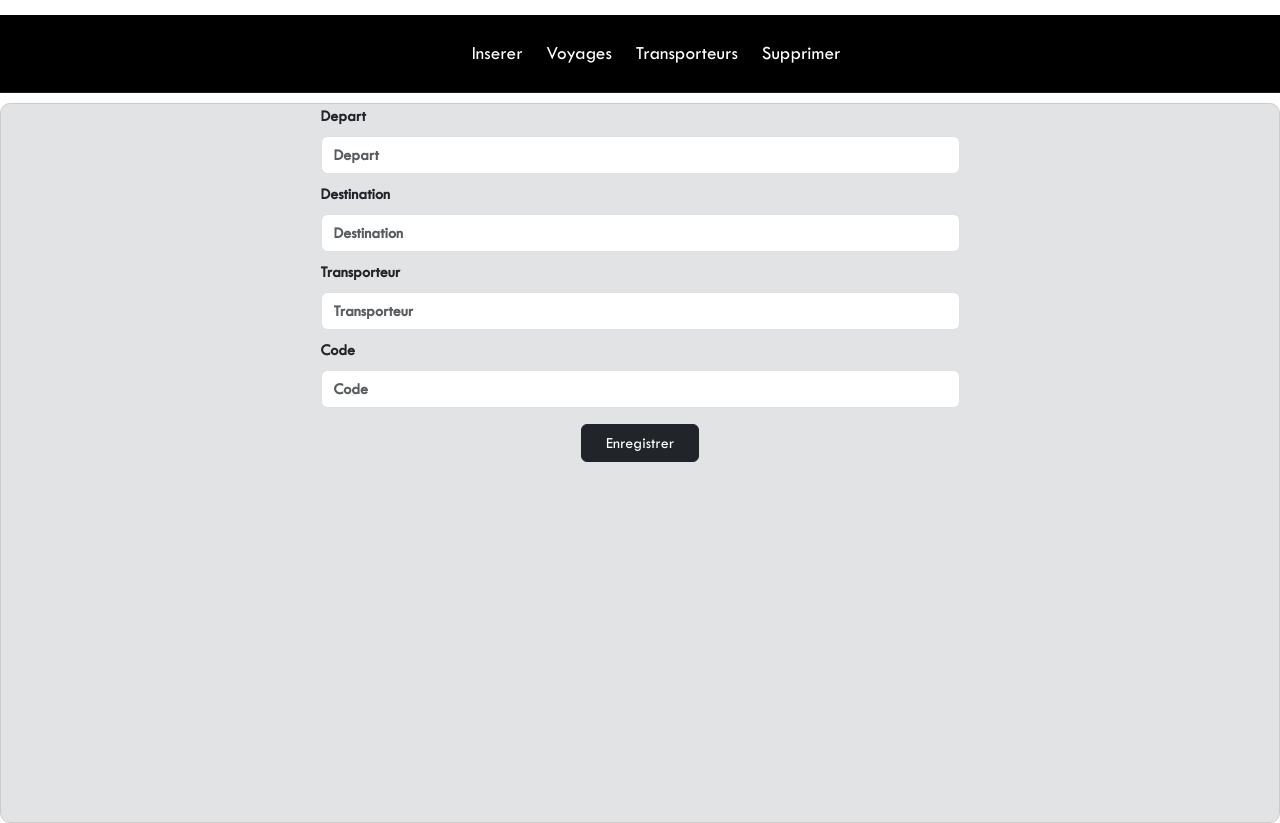
Repository: padevft/examen1-php
Page: http://localhost/
The author's editor kept a copy of each file at every save. The page is drawn from the files as they stood at one save, then again after a run of saves.
The browser window is 1280 px wide. The pictures show the whole page.
The page is run by PHP 8.4 with error messages shown; the project is at /var/www/html/.

Above is the page before, as saved 2023-10-10 22:26:20.

After the next 2 saves:
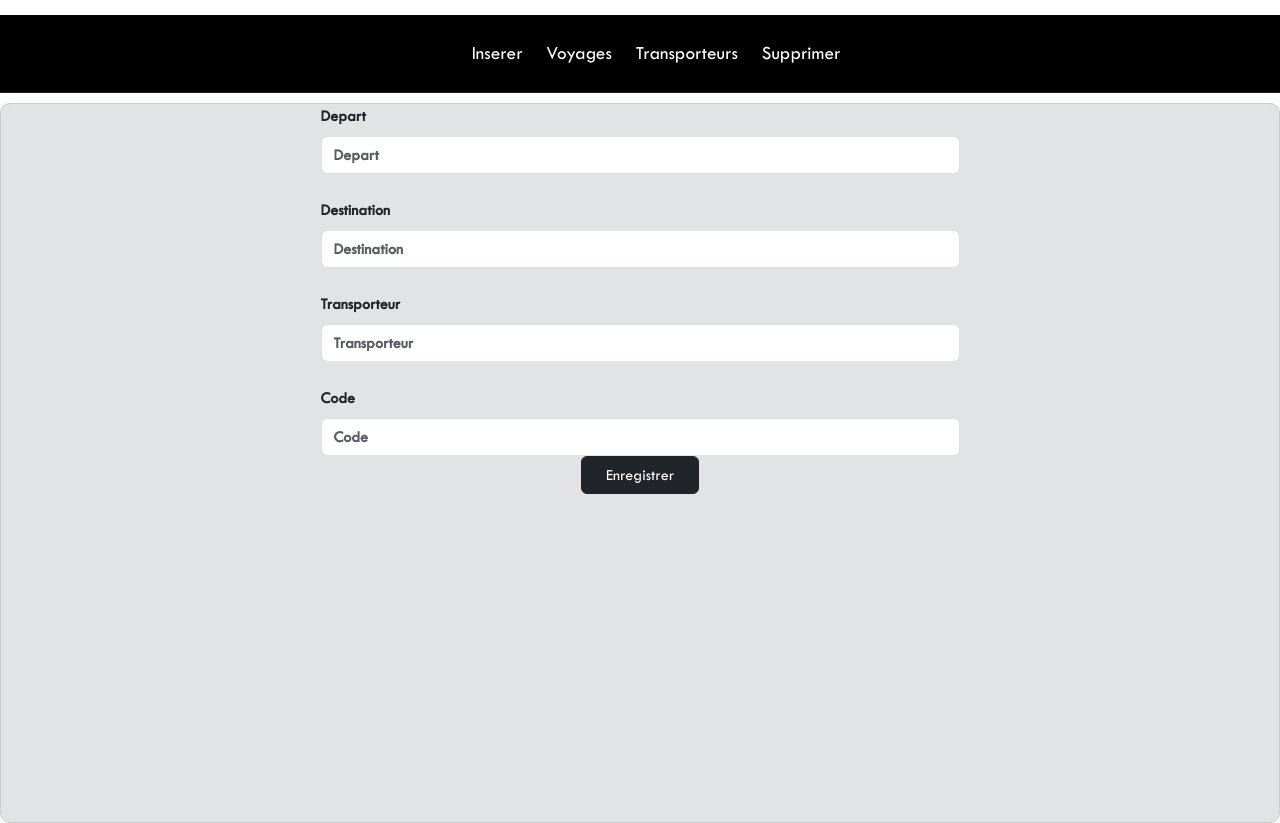
The 2 saves are shown as one change because they came seconds apart.
The last was saved 26 s later.
--- a/index.php
+++ b/index.php
@@ -27,8 +27,8 @@
   </header>
   <main>
       <form action="../membre/controleurMembre.php" method="post">
-          <div class="container-form d-flex flex-column gap-3 bg-secondary-subtle">
-              <div class="d-flex flex-column align-items-center gap-2">
+          <div class="container-form d-flex flex-column bg-secondary-subtle">
+              <div class="d-flex flex-column align-items-center gap-4">
                   <div class="d-flex col-12 col-md-6 flex-column gap-2">
                       <label for="depart" class="fw-semibold">Depart</label>
                       <input type="text" name="depart" id="depart" class="form-control fw-semibold input-login" placeholder="Depart" />
